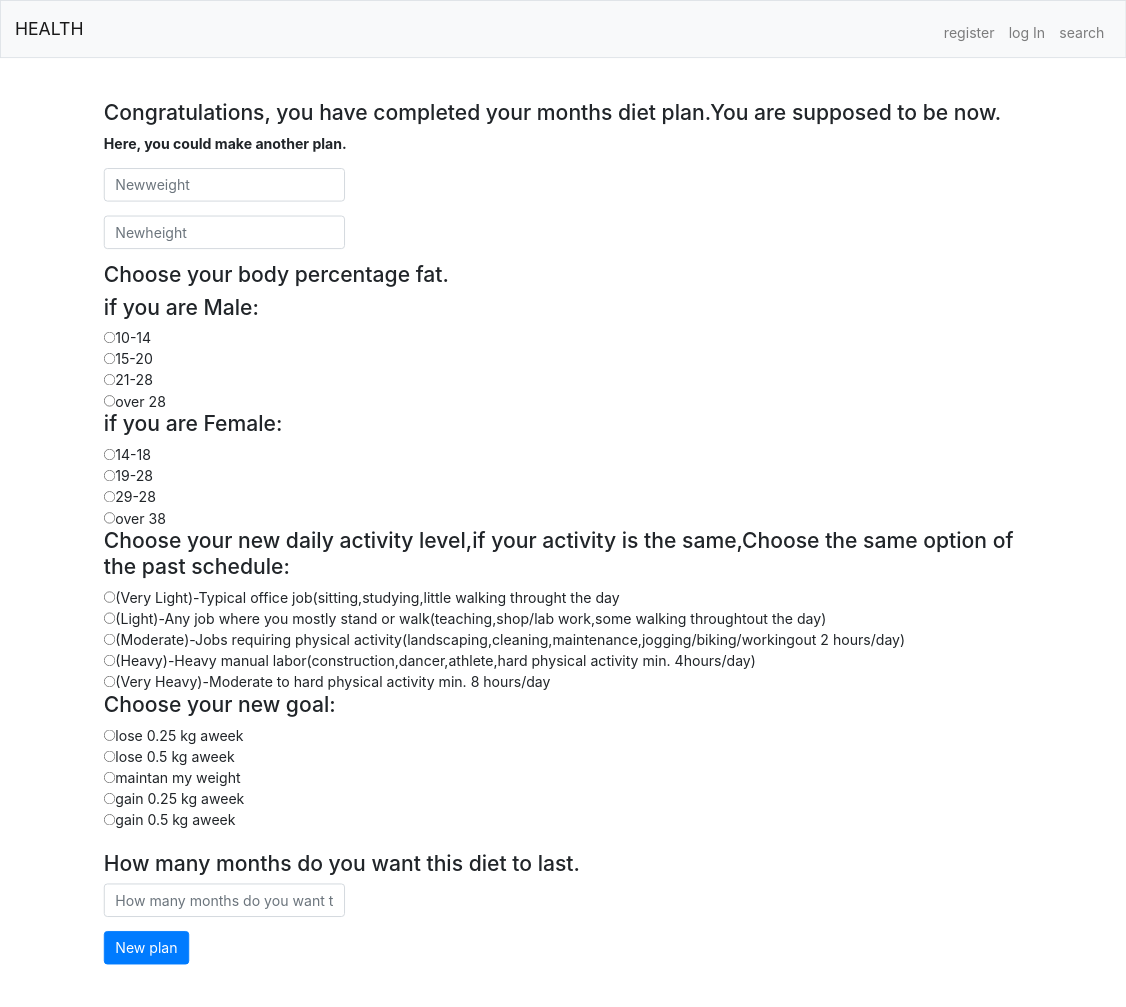
Repository: bahgaat/cs50
Page: templates/changes.html
The author's editor kept a record of every edit. The page is drawn from the files as they stood at one moment, then again after the next edit.
The browser window is 1280 px wide. The pictures show the whole page, at 88% of full size.
The page is served by the project's application, run on Flask 3 (applications.py). The template is opened directly, without the code that normally fills it, so the values that code supplies are empty.

Above is the page before.

After the next edit:
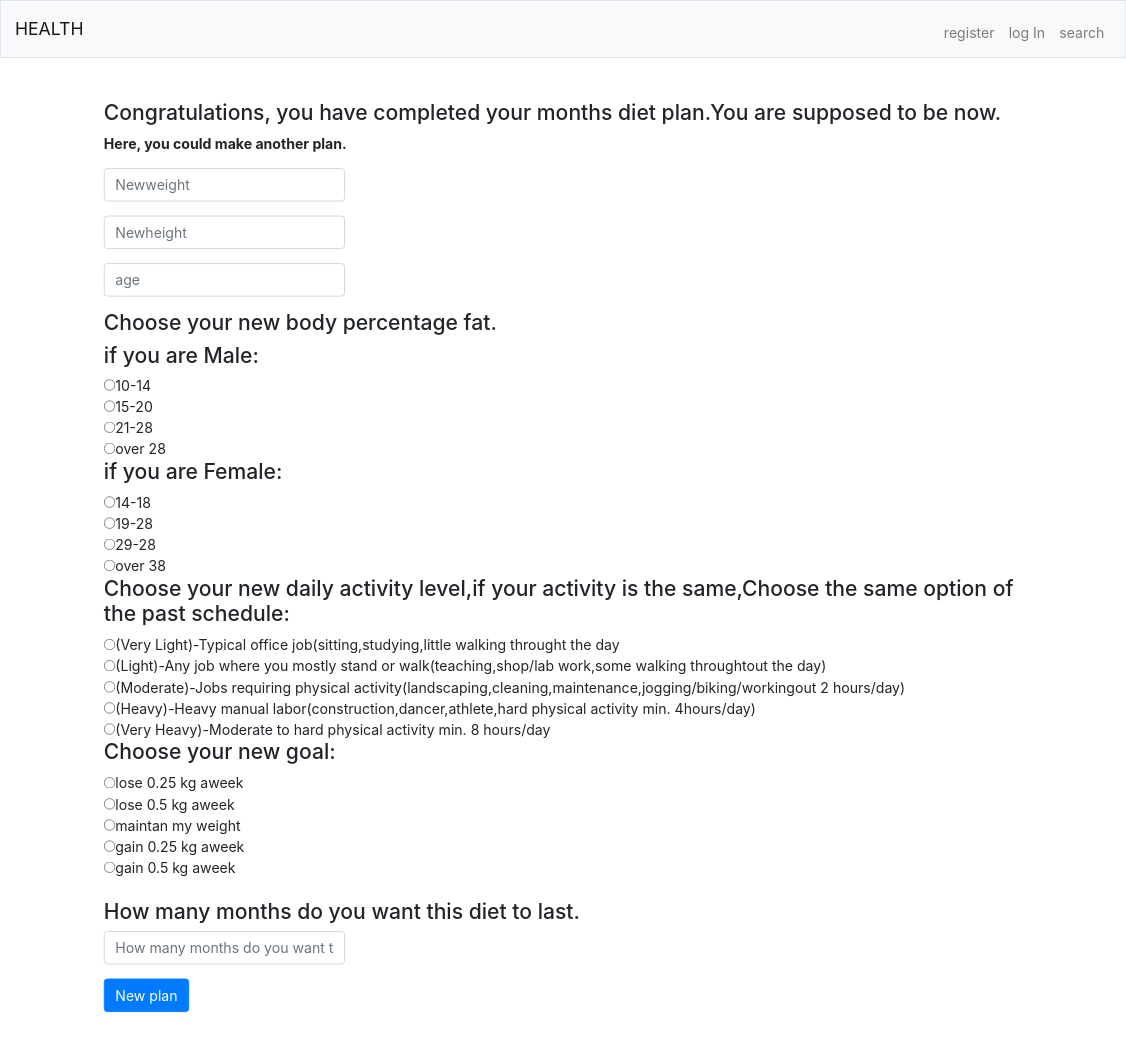
The edit:
--- a/templates/changes.html
+++ b/templates/changes.html
@@ -15,8 +15,11 @@
          <div class="form-group">
              <input class="form-control" name="height" placeholder="Newheight" type="text"><br>
          </div>
+         <div class="form-group">
+              <input class="form-control" name="age" placeholder="age" type="text">
+          </div>
           <div>
-              <h4>Choose your body percentage fat.</h4>
+              <h4>Choose your new body percentage fat.</h4>
               <h4>if you are Male:</h4>
               <input id="10-14" type="radio" name="bodyfat" value="10-14">10-14<br>
               <input id="15-20" type="radio" name="bodyfat" value="15-20">15-20<br>
